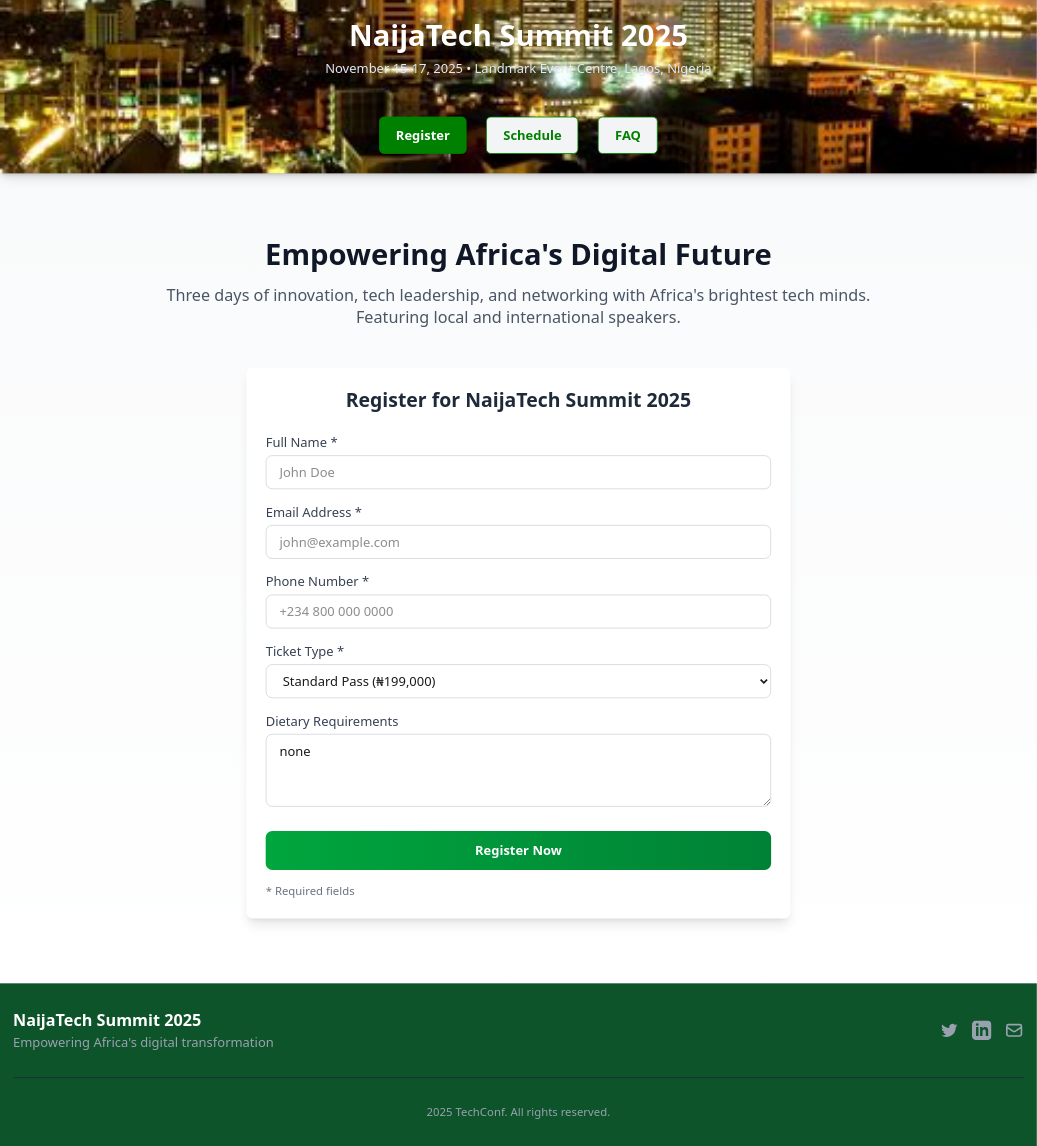
Repository: AYANO-EMMANUEL/fictional-tech-conf-event
Page: /
These files come from the project's save history. The page is drawn as it stood at one moment and after the next save; the edit follows.
The browser window is 1280 px wide. The pictures show the whole page, at 81% of full size.
The project was rebuilt for these pictures with package versions that can differ from the ones it lists, and the page was loaded fresh each time. Also part of the build but not shown: vite.config.ts, src/components/Schedule/Schedule.tsx, src/components/FAQ/FAQ.tsx.

Above is the page before, as saved 2025-08-06 14:20:19.

After the next save:
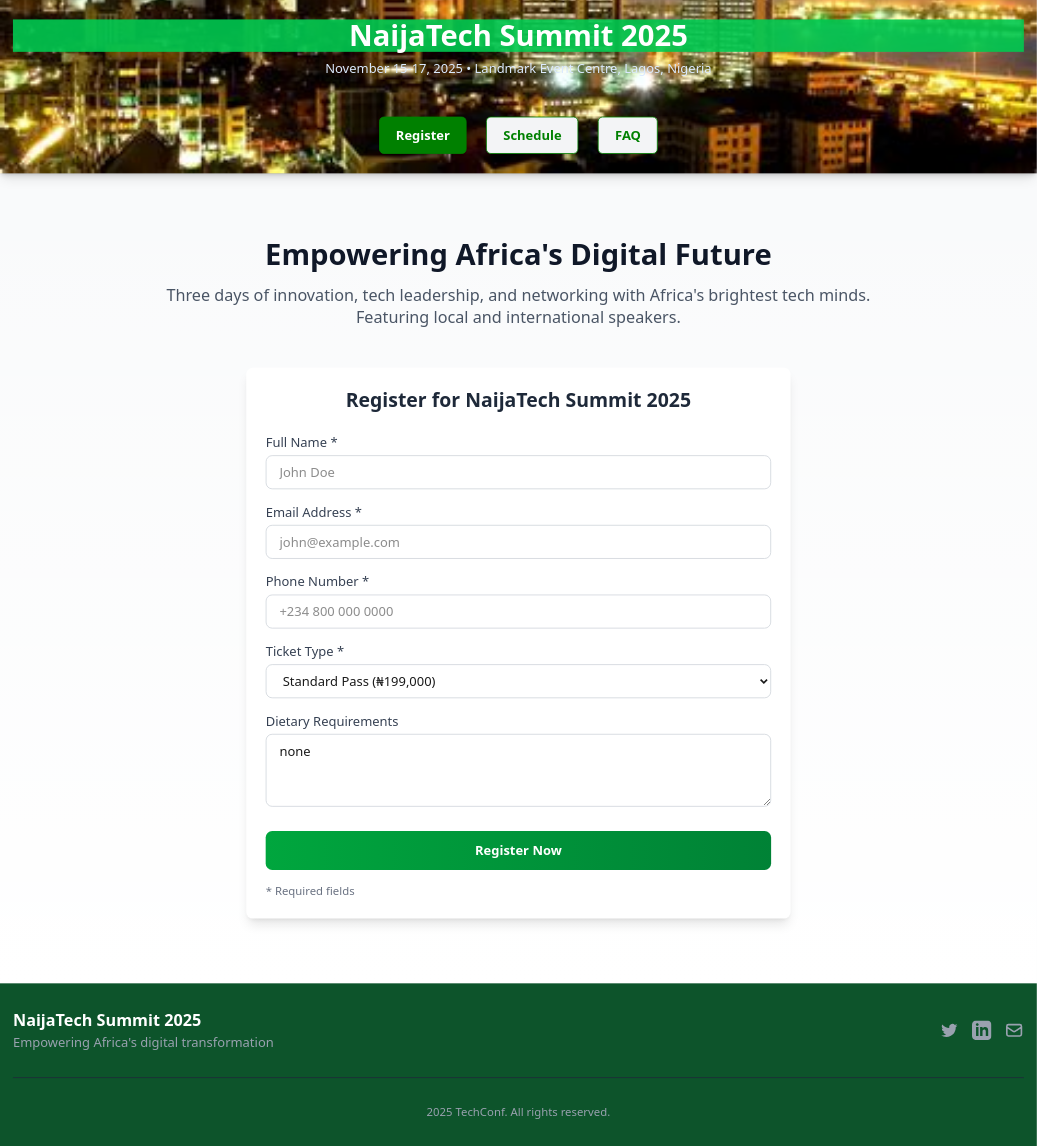
Saved 26 s later.
--- a/src/App.tsx
+++ b/src/App.tsx
@@ -12,7 +12,7 @@ function App() {
       {/* Header */}
       <header className="bg-gradient-to-r text-center from-green-500 to-green-700 bg-cover bg-bottom bg-[url('../src/assets/tnigeria-bg.jpeg')] text-white shadow-lg">
         <div className="container mx-auto px-4 py-6">
-          <h1 className="text-3xl md:text-4xl bg-green/90 font-bold mb-2">NaijaTech Summit 2025</h1>
+          <h1 className="text-3xl md:text-4xl bg-green-500/90 font-bold mb-2">NaijaTech Summit 2025</h1>
           <p className="text-blue-100">November 15-17, 2025 • Landmark Event Centre, Lagos, Nigeria</p>
         </div>
 
